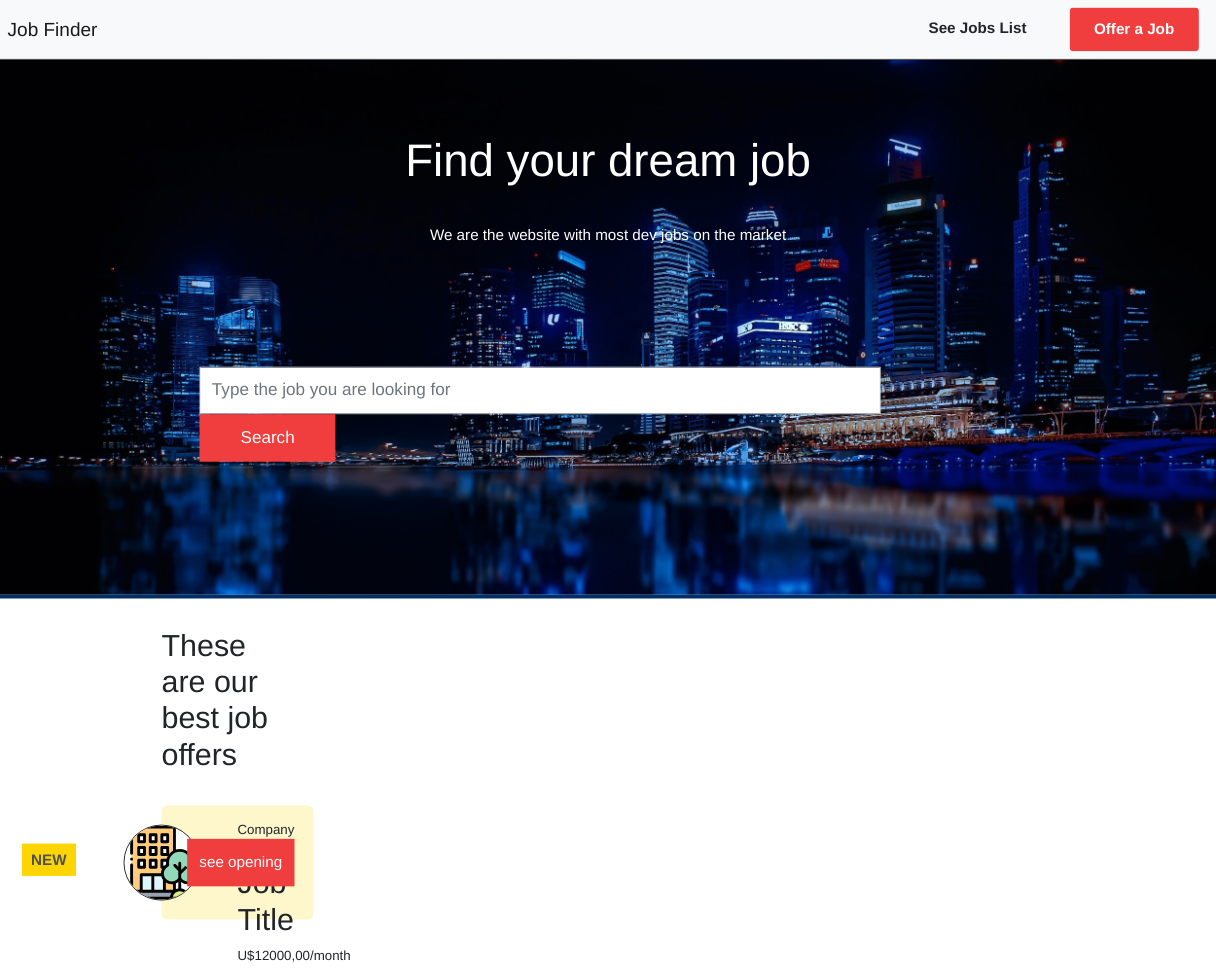
Repository: doncsar/couse-jobfinder-app
Page: templates/index.html
The author's editor kept a copy of each file at every save. The page is drawn from the files as they stood at one save, then again after the next save.
The browser window is 1280 px wide. The pictures show the whole page, at 95% of full size.

Above is the page before, as saved 2023-12-20 19:32:54.

After the next save:
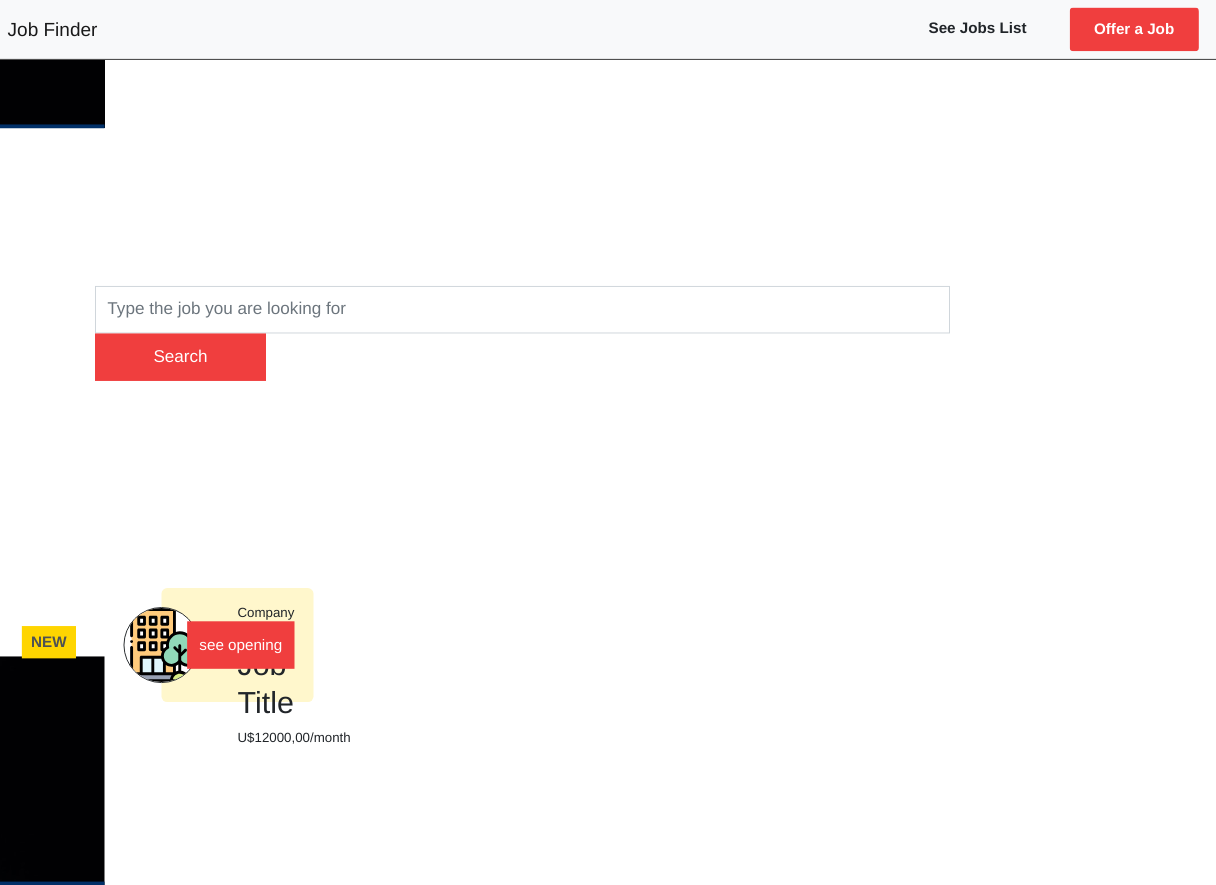
Saved 4 s later.
--- a/templates/index.html
+++ b/templates/index.html
@@ -44,7 +44,7 @@
             </div>
          </nav>
       </header>
-      <div class="container-fluid" id="top-container">
+      <di class="container-fluid" id="top-container">
          <h1 class="text-center" id="main-title">Find your dream job</h1>
          <p id="main-subtitle" class="text-center">
             We are the website with most dev jobs on the market
@@ -63,7 +63,7 @@
                <div class="col-md-2">
                   <button class="btn btn-primary" type="submit">Search</button>
                </div>
-            </div>
+
          </form>
       </div>
       <main>
